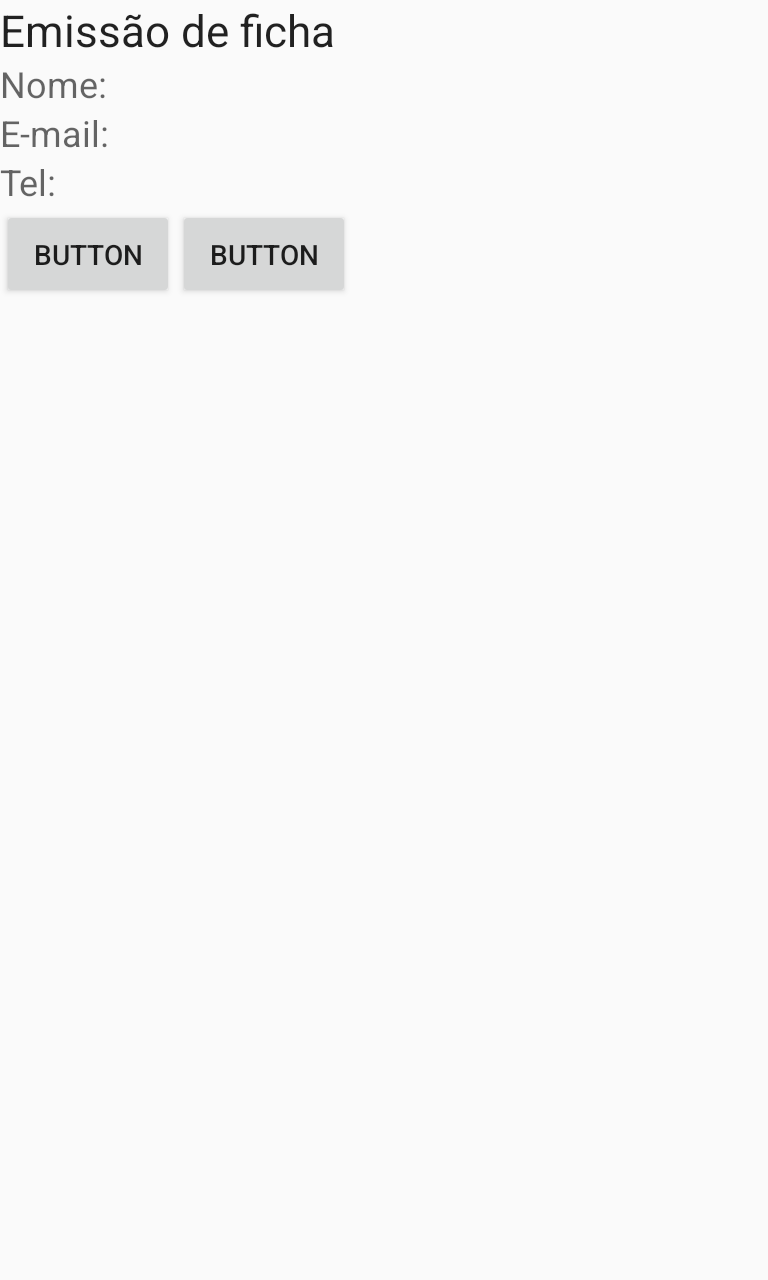
Repository: StefanoAraujo/MiniCurso.Android.Basico.Cadastro
Layout: Clientes/res/layout/activity_form.xml
An editor plug-in stored every save of this project. The layout is shown before and after the next save, followed by the edit.
It is drawn on a 768 x 1280 px phone screen (xhdpi) without system bars, with theme AppTheme; the app's code is not run.

Above is the layout before, as saved 2015-03-01 18:25:55.

After the next save:
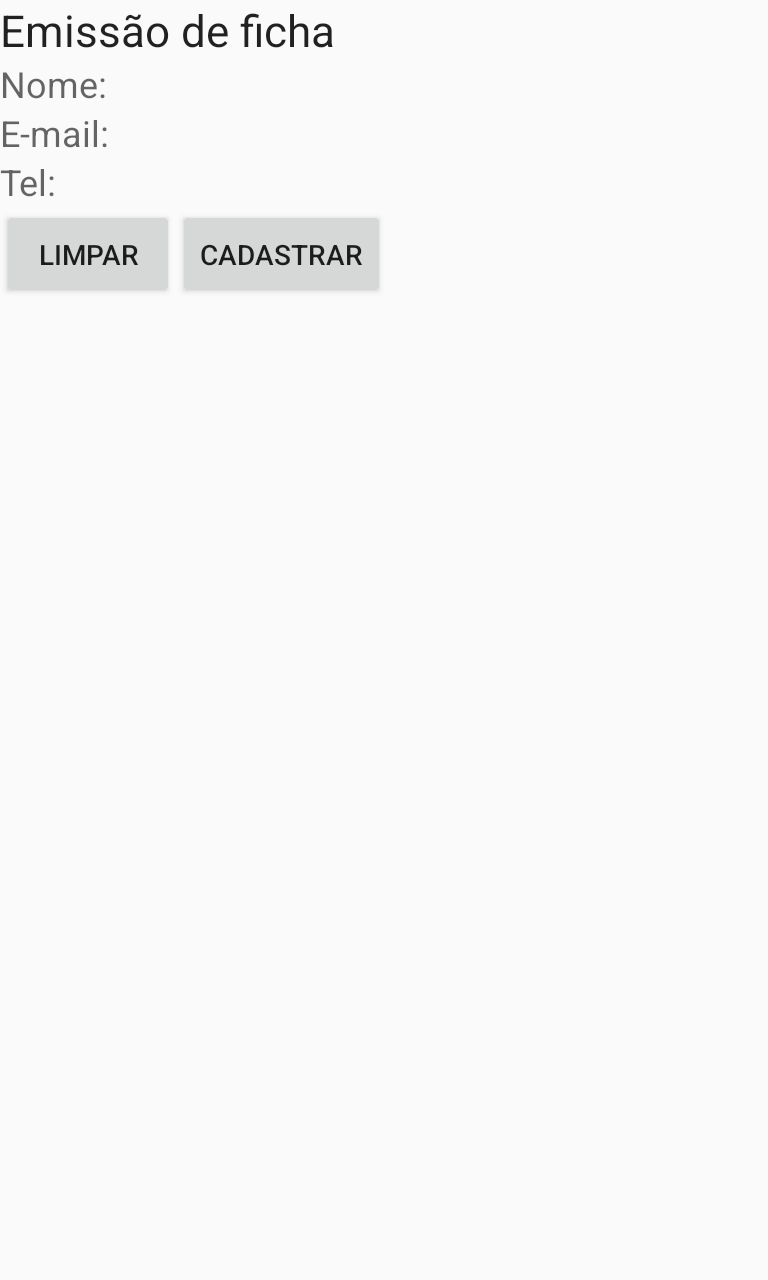
Saved 84 s later.
--- a/Clientes/res/layout/activity_form.xml
+++ b/Clientes/res/layout/activity_form.xml
@@ -64,16 +64,16 @@
             android:layout_height="wrap_content" >
 
             <Button
-                android:id="@+id/button1"
+                android:id="@+id/buttonLimpar"
                 android:layout_width="wrap_content"
                 android:layout_height="wrap_content"
-                android:text="Button" />
+                android:text="Limpar" />
 
             <Button
-                android:id="@+id/button2"
+                android:id="@+id/buttonCadastrar"
                 android:layout_width="wrap_content"
                 android:layout_height="wrap_content"
-                android:text="Button" />
+                android:text="Cadastrar" />
 
         </TableRow>
     </TableLayout>
